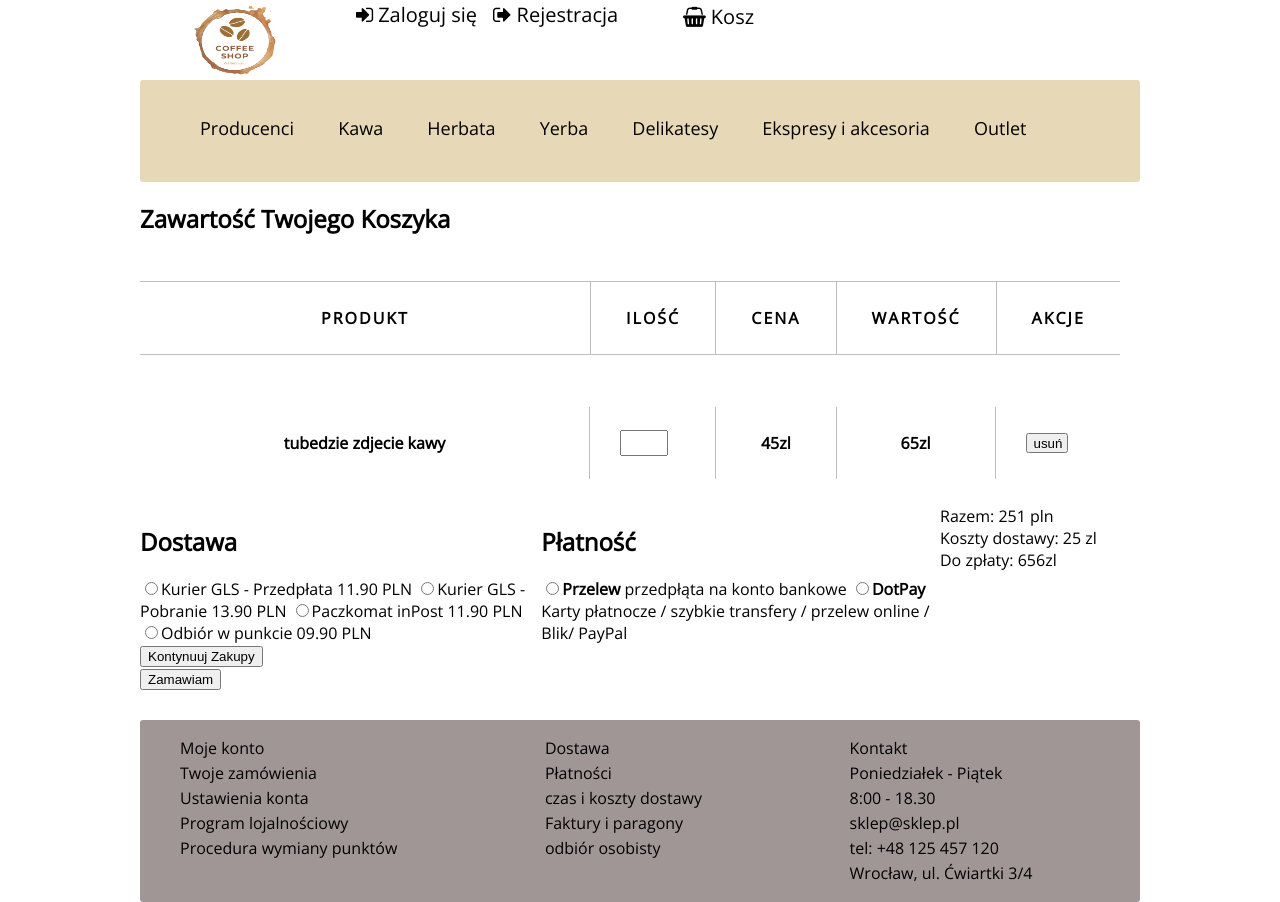
Repository: kq333/CoffeShop
Page: index2.html
The author's editor kept a copy of each file at every save. The page is drawn from the files as they stood at one save, then again after the next save.
The browser window is 1280 px wide. The pictures show the whole page.
The style sheet was rebuilt from its Sass, Less or Tailwind sources for each picture, by a compiler version that may differ from the author's.

Above is the page before, as saved 2020-12-10 00:37:08.
Console error: TypeError: Cannot read properties of null (reading 'addEventListener')

### index2.html
<!DOCTYPE html>
<!--[if lt IE 7]>      <html class="no-js lt-ie9 lt-ie8 lt-ie7"> <![endif]-->
<!--[if IE 7]>         <html class="no-js lt-ie9 lt-ie8"> <![endif]-->
<!--[if IE 8]>         <html class="no-js lt-ie9"> <![endif]-->
<!--[if gt IE 8]>      <html class="no-js"> <!--<![endif]-->
<html>
    <head>
        <meta charset="utf-8">
        <meta http-equiv="X-UA-Compatible" content="IE=edge">
        <title>Sklep z Kawą</title>
        <meta name="description" content="">
        <meta name="viewport" content="width=device-width, initial-scale=1">
        <link rel="stylesheet" href="style/style.css">
        <link rel="preconnect" href="https://fonts.gstatic.com">
        <link href="https://fonts.googleapis.com/css2?family=Open+Sans:wght@300;400&display=swap" rel="stylesheet">
        <link rel="stylesheet" href="https://cdnjs.cloudflare.com/ajax/libs/font-awesome/4.7.0/css/font-awesome.min.css">

    </head>
    <body>
        <!--[if lt IE 7]>
            <p class="browsehappy">You are using an <strong>outdated</strong> browser. Please <a href="#">upgrade your browser</a> to improve your experience.</p>
        <![endif]-->
        <div id="container">
            <div class="sticky">
            <header class="header">

                <div class="logo">
                    <img src="img/logo.jpg" width="200" height="80">
                </div>

                    <div class="log1"><i class="fa fa-sign-in" aria-hidden="true" id="icon"></i>Zaloguj się</div>
                    <div class="log2"><i class="fa fa-sign-out" aria-hidden="true" id="icon"></i>Rejestracja</div>

                <div class="basket">
                    <span class="basketName"><i class="fa fa-shopping-basket" id="icon"></i>Kosz</span>
                    <span class="num"></span>
                    <span class="priceTo"></span>
                    <div class="containerB">

                    <div id="basketContainer">

                        <ul class="list">

                            <li class="l1">

                                    <img class="img" src="img/1.jpg" width="90" height="80" alt="segafredo">
                                    <span class="described">Segafredo Expresso Cafe 1kg.</span>
                                    <div class="productPrice">
                                        <span class="quant"></span>
                                        <span class="quantPrice"></span>
                                        <button id="btnDelate1">usuń</button>
                                    </div>

                            </li>
                            <li class="l2">

                                    <img class="img" src="img/d1.jpg" width="90" height="80" alt="Dellmayr">
                                    <span class="described">Dellmayr Expresso Cafe 1kg.</span>
                                    <div class="productPrice">
                                        <span class="quant2"></span>
                                        <span class="quantPrice2"></span>
                                        <button id="btnDelate2">usuń</button>
                                    </div>

                            </li>
                            <li class="l3">
                                <img class="img" src="img/d2.jpg" width="90" height="80" alt="Dellmayr">
                                <span class="described">Dellmayr Expresso Cafe 1kg.</span>
                                <div class="productPrice">
                                    <span class="quant3"></span>
                                    <span class="quantPrice3"></span>
                                    <button id="btnDelate3">usuń</button>
                                </div>

                            </li>
                            <li class="l4">

                                <img class="img" src="img/l3.jpg" width="90" height="80" alt="Lavazza">
                                <span class="described">Lavazza L`Expresso Cafe 1kg.</span>
                                <div class="productPrice">
                                    <span class="quant4"></span>
                                    <span class="quantPrice4"></span>
                                    <button id="btnDelate4">usuń</button>
                                </div>
                            </li>
                            <li class="l5">

                                <img class="img" src="img/l4.jpg" width="90" height="80" alt="Lavazza">
                                <span class="described">Lavazza Crema Cafe 1kg.</span>
                                <div class="productPrice">
                                    <span class="quant5"></span>
                                    <span class="quantPrice5"></span>
                                    <button id="btnDelate5">usuń</button>
                                </div>
                            </li>
                            <li class="l6">

                                <img class="img" src="img/l5.jpg" width="90" height="80" alt="Illy">
                                <span class="described">Illy Etiopia Cafe 1kg.</span>
                                <div class="productPrice">
                                    <span class="quant6"></span>
                                    <span class="quantPrice6"></span>
                                    <button id="btnDelate6">usuń</button>
                                </div>
                            </li>
                            <li class="l7">

                                <img class="img" src="img/l6.jpg" width="90" height="80" alt="Lavazza">
                                <span class="described">Lavazza Rosa Cafe 1kg.</span>
                                <div class="productPrice">
                                    <span class="quant7"></span>
                                    <span class="quantPrice7"></span>
                                    <button id="btnDelate7">usuń</button>
                                </div>
                            </li>
                            <li class="l8">

                                <img class="img" src="img/l7.jpg" width="90" height="80" alt="Lavazza">
                                <span class="described">Lavazza Creme Gusto Cafe 1kg.</span>
                                <div class="productPrice">
                                    <span class="quant8"></span>
                                    <span class="quantPrice8"></span>
                                    <button id="btnDelate8">usuń</button>
                                </div>
                            </li>
                            <li class="l9">

                                <img class="img" src="img/m1.jpg" width="90" height="80" alt="Inka">
                                <span class="described">Inka  Cafe 1kg.</span>
                                <div class="productPrice">
                                    <span class="quant9"></span>
                                    <span class="quantPrice9"></span>
                                    <button id="btnDelate9">usuń</button>
                                </div>
                            </li>
                            <li class="l10">

                                <img class="img" src="img/m2.jpg" width="90" height="80" alt="MkCafe">
                                <span class="described">MK Cafe  Fresh Crema 1kg.</span>
                                <div class="productPrice">
                                    <span class="quant10"></span>
                                    <span class="quantPrice10"></span>
                                    <button id="btnDelate10">usuń</button>
                                </div>
                            </li>
                            <li class="l11">

                                <img class="img" src="img/m3.jpg" width="90" height="80" alt="Tupinamba">
                                <span class="described">Tupinamba  Black 1kg.</span>
                                <div class="productPrice">
                                    <span class="quant11"></span>
                                    <span class="quantPrice11"></span>
                                    <button id="btnDelate11">usuń</button>
                                </div>
                            </li>
                            <li class="l12">

                                <img class="img" src="img/t1.jpg" width="90" height="80" alt="Tchibo">
                                <span class="described">Tchibo Crema   1kg.</span>
                                <div class="productPrice">
                                    <span class="quant12"></span>
                                    <span class="quantPrice12"></span>
                                    <button id="btnDelate12">usuń</button>
                                </div>
                            </li>
                            <li class="l13">

                                <img class="img" src="img/w1.jpg" width="90" height="80" alt="Woseba">
                                <span class="described">Woseba  Cafe Brasil   1kg.</span>
                                <div class="productPrice">
                                    <span class="quant13"></span>
                                    <span class="quantPrice13"></span>
                                    <button id="btnDelate13">usuń</button>
                                </div>
                            </li>
                            <li class="l14">

                                <img class="img" src="img/w2.jpg" width="90" height="80" alt="Woseba">
                                <span class="described">Woseba  Mocca Fix Gold   1kg.</span>
                                <div class="productPrice">
                                    <span class="quant14"></span>
                                    <span class="quantPrice14"></span>
                                    <button id="btnDelate14">usuń</button>
                                </div>
                            </li>
                            <li class="l15">

                                <img class="img" src="img/m4.jpg" width="90" height="80" alt="Kimbo">
                                <span class="described">Kimbo   Expresso   1kg.</span>
                                <div class="productPrice">
                                    <span class="quant15">0</span>
                                    <span class="quantPrice15">0 pln</span>
                                    <button id="btnDelate15">usuń</button>
                                </div>
                            </li>

                        </ul>
                       <div class="border">
                           <button class="btnBorder">Do Kasy</button>

                       </div>


                </div>
            </div>
                </div>
            </div>
            </header>
            <div class="popup">
                <div class="popupContainer">
                    <div class="mainTop">
                         <span class="marginTop">Pomyślnie dodano do kosza</span>

                         <button id="btnClose">Zamknij X</button>
                    </div>


                    <li class="li"></li>

                        <button id="btnContinue">Kontynuuj Zakupy</button>
                            <div class="totalDecribe">
                                <span class="productIntager">Ilość produktu:</span>
                                <span class="intager"></span>
                                <div class="totalBasket">Wartość koszyka:</div>
                                <span class="totalBasketPrice"> </span>

                            </div>

                                <button id="btnOrder">Złóż zamówienie</button>

                        </div>



            </div>

            <nav class="menu" >

                <ul>
                    <li>Producenci</li>
                    <li>Kawa</li>
                    <li>Herbata</li>
                    <li>Yerba</li>
                    <li>Delikatesy</li>
                    <li>Ekspresy i akcesoria</li>
                    <li>Outlet</li>
                </ul>
            </nav>
            <div class="mainContent2">

                <h2>Zawartość Twojego Koszyka</h2>
                    <div class="productBasket">
                        <div class="productName">Produkt</div>
                        <div class="productQuant">Ilość</div>
                        <div class="productPrice">Cena</div>
                        <div class="productValue">wartość</div>
                        <div class="productDelete">Akcje</div>
                        <div class="productClone">tubedzie zdjecie kawy</div>
                        <input class="inputNumber" type="number" min="0">
                        <div class="productPriceValue">45zl</div>
                        <div class="productValuePrice">65zl</div>
                        <button id="deleteBasket">usuń</button>
                    </div>

                        <div class="containerC">

                            <div class="leftside">
                                <h2>Dostawa</h2>
                                <input type="radio" value="11.90">Kurier  GLS - Przedpłata
                                <span>11.90 PLN</span>
                                <input type="radio" value="13.90">Kurier  GLS - Pobranie
                                <span>13.90 PLN</span>
                                <input type="radio" value="10.90">Paczkomat inPost
                                <span>11.90 PLN</span>
                                <input type="radio" value="09.90">Odbiór w punkcie
                                <span>09.90 PLN</span>
                            </div>

                            <div class="payment">
                                <h2>Płatność</h2>
                                <input type="radio"><strong>Przelew</strong>
                                przedpłąta na konto bankowe

                                <input type="radio"><strong>DotPay</strong>
                                Karty płatnocze / szybkie transfery / przelew online / Blik/ PayPal


                            </div>

                                <div class="basketSumUp">
                                    <div class="total">Razem: <span class="totalValue">251 pln</span></div>
                                    <div class="valueShipment">Koszty dostawy: <span>25 zl</span></div>
                                    <div class="totalAll">Do zpłaty: <span class="totalAllSpan">656zl</span></div>
                                </div>




                        </div>

                        <div class="buttons">
                            <div class="btnone">
                                <button id="btnShopping">Kontynuuj Zakupy</button>
                            </div>
                            <div class="btnTwo">
                                <button id="btnOrder">Zamawiam</button>
                            </div>

                        </div>








            </div>

                <footer id="footer">


                    <ul class="groupe1">
                        <li>Moje konto</li>
                        <li>Twoje zamówienia</li>
                        <li>Ustawienia konta</li>
                        <li>Program lojalnościowy</li>
                        <li>Procedura wymiany punktów</li>
                    </ul>



                    <ul class="groupe2">
                        <li>Dostawa</li>
                        <li>Płatności</li>
                        <li>czas i koszty dostawy</li>
                        <li>Faktury i paragony</li>
                        <li>odbiór osobisty</li>
                    </ul>


                    <ul class="groupe3">
                        <li>Kontakt</li>
                        <li>Poniedziałek - Piątek</li>

                        <li>8:00 - 18.30</li>

                        <li>sklep@sklep.pl</li>

                        <li>tel: +48 125 457 120</li>

                        <li>Wrocław, ul. Ćwiartki 3/4</li>
                    </ul>


            </footer>


            <script src="script.js" async></script>



    </div>
</body>
</html>

Loaded but not shown: script.js (944 lines, source omitted); style/style.scss (1286 lines, source omitted)

After the next save:
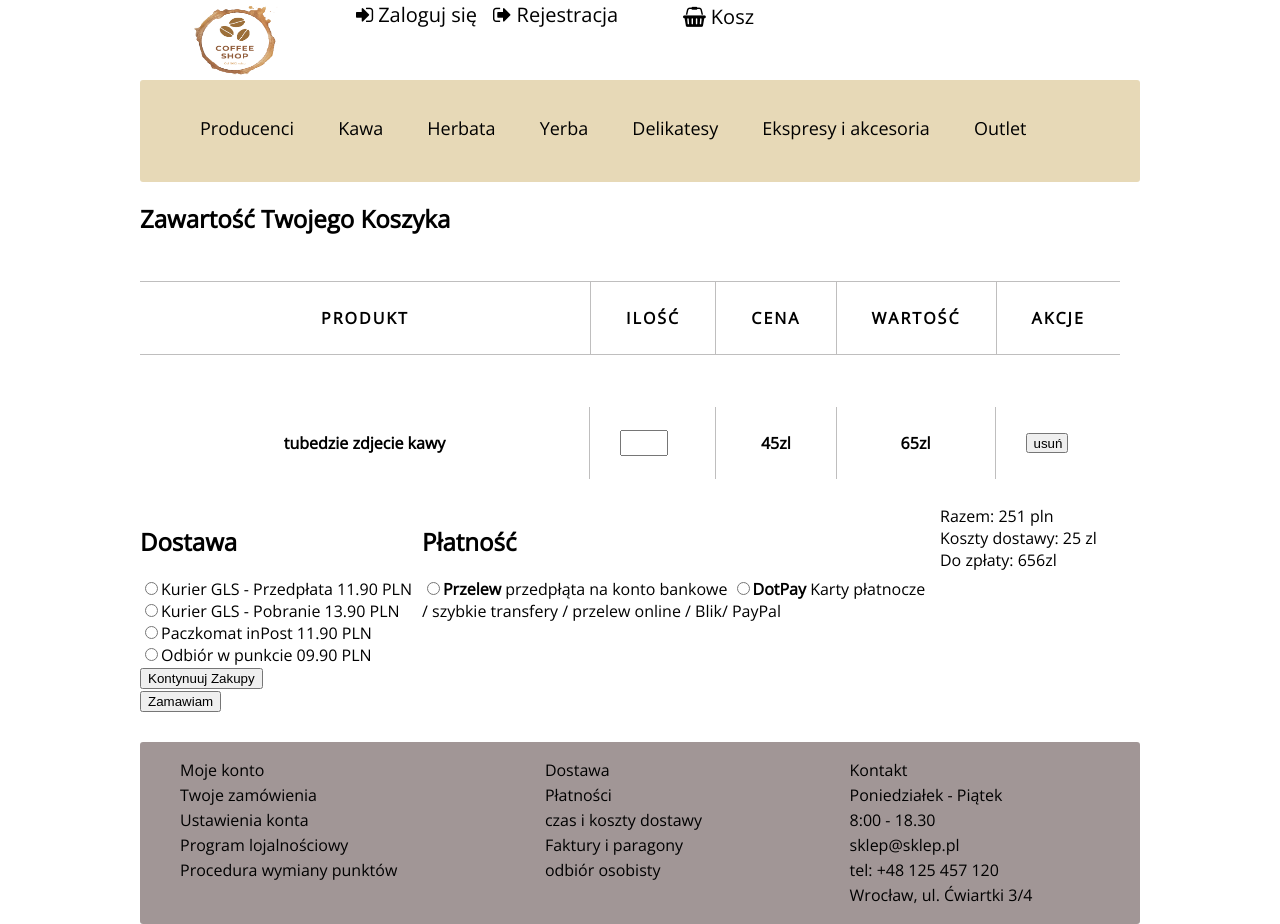
Saved 3 min 4 s later.
--- a/index2.html
+++ b/index2.html
@@ -266,14 +266,18 @@
 
                             <div class="leftside">
                                 <h2>Dostawa</h2>
+                                <div class="gls1">
                                 <input type="radio" value="11.90">Kurier  GLS - Przedpłata
-                                <span>11.90 PLN</span>
+                                <span>11.90 PLN</span></div>
+                                <div class="gls2">
                                 <input type="radio" value="13.90">Kurier  GLS - Pobranie
-                                <span>13.90 PLN</span>
+                                <span>13.90 PLN</span></div>
+                                <div class="gls3">
                                 <input type="radio" value="10.90">Paczkomat inPost
-                                <span>11.90 PLN</span>
+                                <span>11.90 PLN</span></div>
+                                <div class="gls4">
                                 <input type="radio" value="09.90">Odbiór w punkcie
-                                <span>09.90 PLN</span>
+                                <span>09.90 PLN</span></div>
                             </div>
 
                             <div class="payment">
